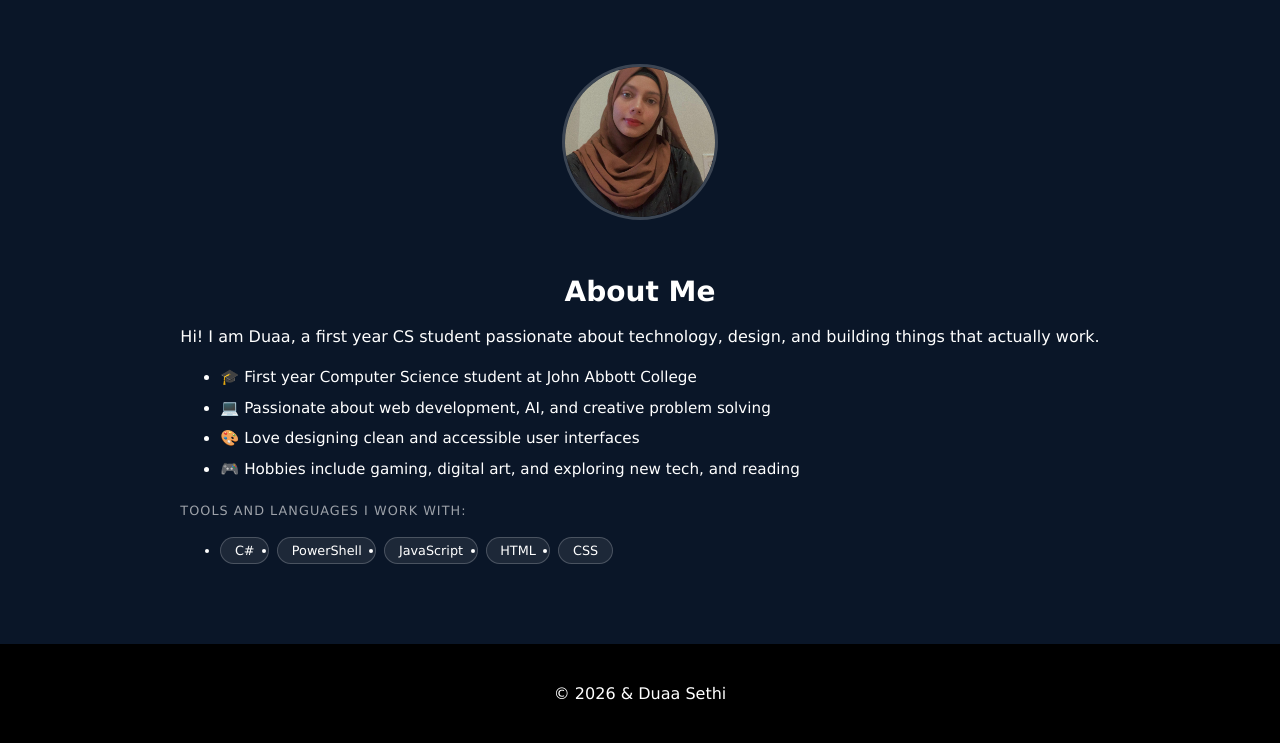
Repository: Duaa-Sethi/Duaa-Sethi
Page: index.html
An editor plug-in stored every save of this project. The page is shown before and after the next save, followed by the edit.
The browser window is 1280 px wide. The pictures show the part of the page from y = 867 to 1610 px (the page is 1610 px tall).
Some web fonts or font styles are not loaded; a fallback is used.

Above is the page before, as saved 2026-05-02 15:01:06.

After the next save:
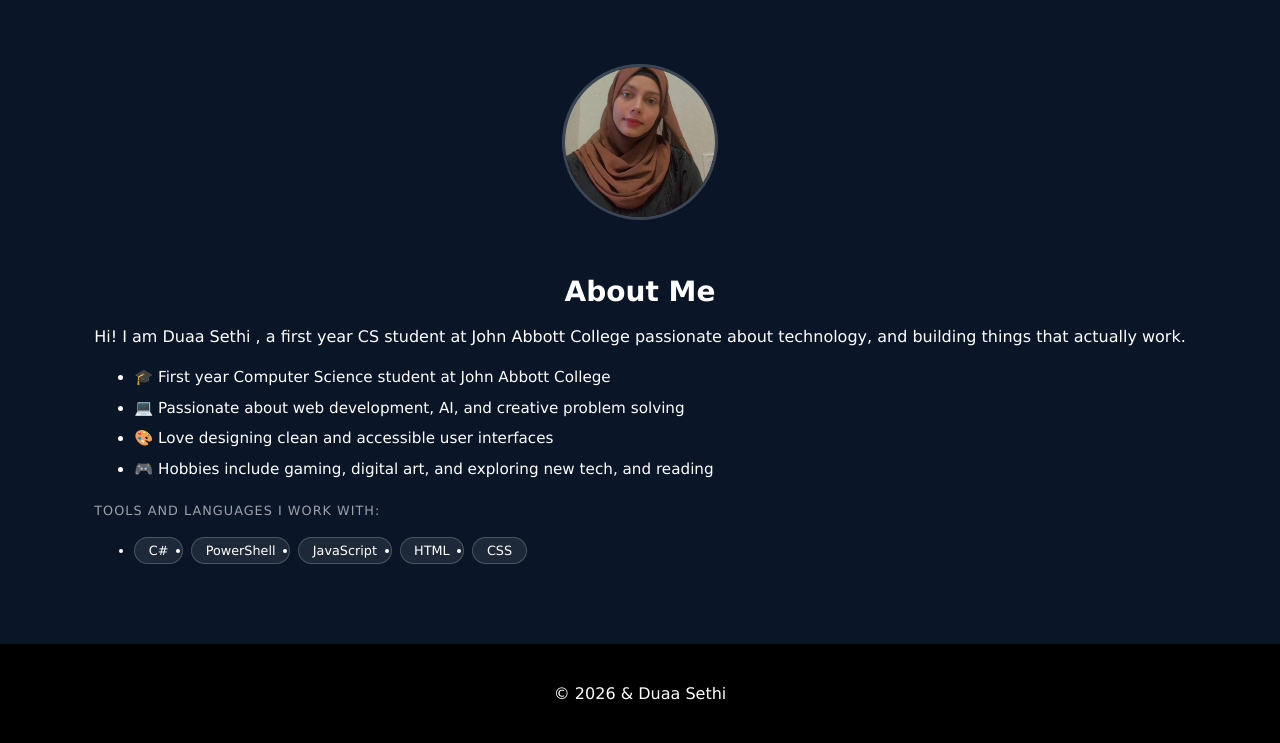
Saved 36 s later.
--- a/index.html
+++ b/index.html
@@ -32,8 +32,8 @@
       <div class="about-text">
         <h2>About Me</h2>
         <p>
-          Hi! I am Duaa, a first year CS student passionate about technology,
-          design, and building things that actually work.
+          Hi! I am Duaa Sethi , a first year CS student at John Abbott College
+          passionate about technology, and building things that actually work.
         </p>
 
         <ul class="about-list">
